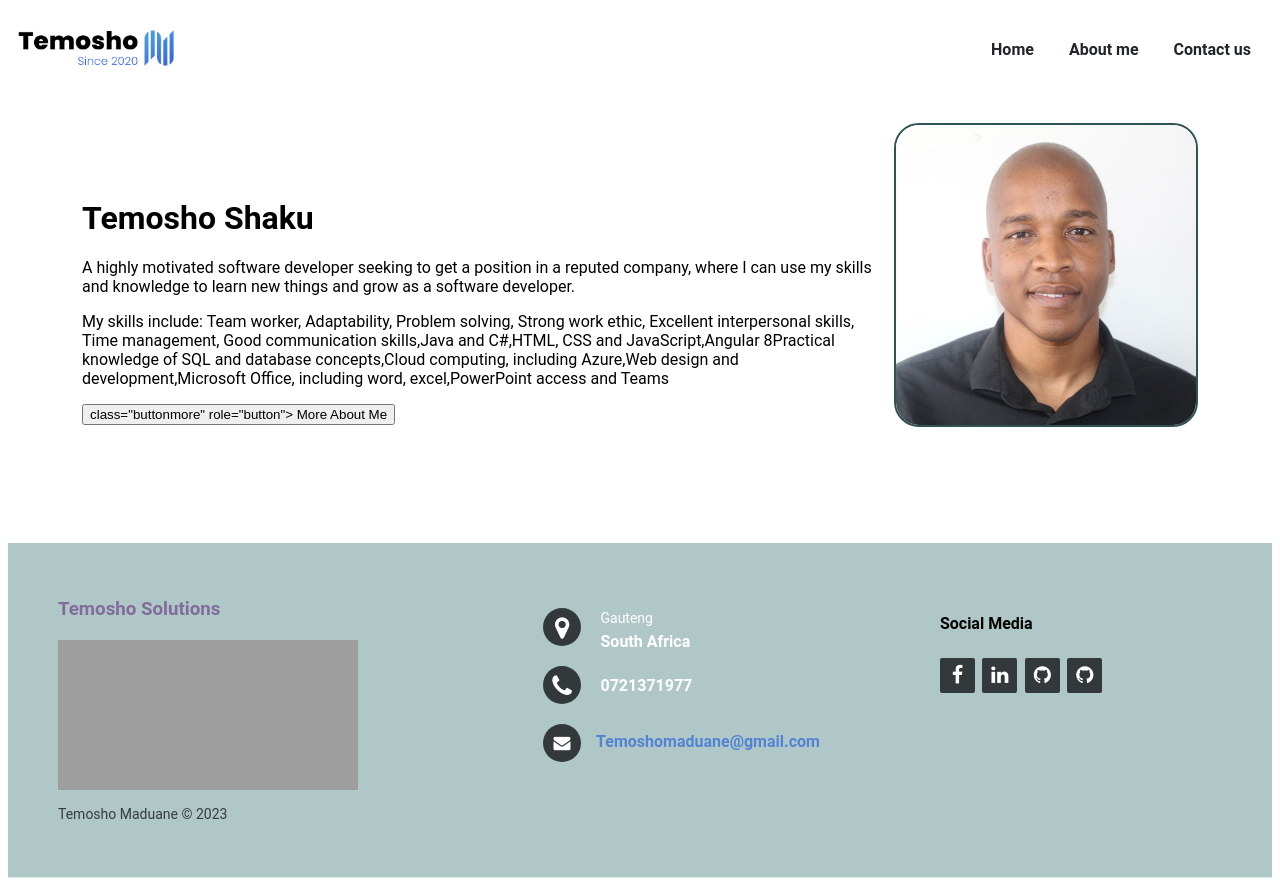
Repository: TemoshoS/T-Shaku
Page: index.html
The author's editor kept a copy of each file at every save. The page is drawn from the files as they stood at one save, then again after a run of saves.
The browser window is 1280 px wide. The pictures show the whole page.
Pictures or frames that could not be fetched are drawn as grey boxes. Some web libraries are served in a nearby version.

Above is the page before, as saved 2023-09-28 14:23:12.

### index.html
<!DOCTYPE html>
<html>
  <title>Temosho Shaku</title>
  <meta charset="UTF-8">
        <meta name="viewport" content="width=device-width,initial-scale=1">


        <link rel="stylesheet" href="./css/style.css">

        <link rel="stylesheet" href="http://maxcdn.bootstrapcdn.com/font-awesome/4.2.0/css/font-awesome.min.css">
        <link href="http://fonts.googleapis.com/css?family=Cookie" rel="stylesheet" type="text/css">
  <body>

    <head>
      <div>
        <table style="width: 100%;">
          <tr>
            <td>
              <a href="index.html">
                <img src="./images/logo.png" style="height: 50px;" alt="No logo" />
              </a>
            </td>
            <td align="right">
              <nav  >

                <ul >
                    <a href="index.html" class="nav-link" ><b>Home</b></a>
                    <a href="about.html" class="nav-link"><b>About me</b></a>
                    <a href="contact.html" class="nav-link"><b>Contact us</b></a>
                </ul>
              </nav>
            </td>
          </tr>
        </table>
      </div>
    </head>


    <main>
      <table style="width: 100%; height: 300px">

        <tr>
          <td style="padding-left: 10vh; padding-top: 50px">
            <h1 id ="name"></h1>
            <p style="width: 100%" id="para"></p>
            <p style="width: 100%" id="para1"></p>
            <button onclick="window.location.href='about.html'"> class="buttonmore" role="button"> More About Me</button>



          </td>
          <td align="right" style="padding-right: 10vh; padding-top: 30px; padding-bottom: 30px">
            <img
              src ="./images/Temosho.jpg" alt="No picture" width="300px" height="300px" style="border-radius: 25px; object-fit: cover; border: 2px solid rgb(47, 82, 82);"
            />
          </td>
        </tr>
      </table>
    </main>


    <footer class="footer-distributed">
      <div class="footer-left">

          <h3><span>Temosho Solutions</span></h3>
          <p class="footer-links">
            <iframe src="https://www.google.com/maps/embed?pb=!1m18!1m12!1m3!1d57373.12731923028!2d28.183328280934226!3d-26.00669819115315!2m3!1f0!2f0!3f0!3m2!1i1024!2i768!4f13.1!3m3!1m2!1s0x1e956bed9ab01b69%3A0xc853e498933bab2e!2sTembisa%2C%201632!5e0!3m2!1sen!2sza!4v1676883111483!5m2!1sen!2sza"  width="300" height="150" style="border:0;" allowfullscreen="" loping="lazy"></iframe>


          </p>


          <p class="footer-portfolio-name">Temosho Maduane &copy; 2023</p>
      </div>

      <div class="footer-center">

          <div>
              <i class="fa fa-map-marker"></i>
              <p><span>Gauteng</span>South Africa</p>
          </div>
          <div>
              <i class="fa fa-phone"></i>
              <p>0721371977</p>
          </p>

          </div>
          <div>

              <p><a href="temoshomaduane@gmail.com"><i class="fa fa-envelope"></i>Temoshomaduane@gmail.com</a>
              </p>
          </div>
      </div>

      <div class="footer-right">
              <p >
                  Social Media
              </p>

              <div class="footer-icons">
                  <a href="https://m.facebook.com/temosho.shaku"><i class="fa fa-facebook"></i></a>
                  <a href="https://www.linkedin.com/mwlite/in/temosho-shaku-a2598917b"><i class="fa fa-linkedin"></i></a>
                  <a href="https://github.com/TemoshoS"><i class="fa fa-github"></i></a>
                  <a href="https://api.whatsapp.com/send?phone=27 721371977"><i class="fa fa-github"></i></a>

              </div>

      </div>
  </footer>
  <script src="./javascript/index.js"></script>
  </body>
</html>

### css/style.css
/*Navigation bar*/
.nav-link {
	text-decoration: none;
	display: inline-block;
	padding: 13px 13px;
	color: #212529;
	margin-right: 5px;
  }

  .nav-link:hover {
	text-decoration:none;
	border-bottom: 2px solid #84e7ee;
  }


@import url("https://fonts.googleapis.com/css2?family=Roboto:wght@100&display=swap");
h1,
h2,
h3,
h4,
h5,
h6,
p,
a,
label,
address,
input {
	font-family: "Roboto", sans-serif;
}

/*button*/

.buttonmore {
	padding: 0.6em 2em;
	border: none;
	outline: none;
	color: rgb(255, 255, 255);
	cursor: pointer;
	position: relative;
	z-index: 0;
	border-radius: 10px;
	user-select: none;
	-webkit-user-select: none;
	touch-action: manipulation;
  }

  .buttonmore:before {
	content: "";
	background: linear-gradient(
	  45deg,
	  #ff0000,
	  #ff7300,
	  #fffb00,
	  #48ff00,
	  #00ffd5,
	  #002bff,
	  #7a00ff,
	  #ff00c8,
	  #ff0000
	);
	position: absolute;
	top: -2px;
	left: -2px;
	background-size: 400%;
	z-index: -1;
	filter: blur(5px);
	-webkit-filter: blur(5px);
	width: calc(100% + 4px);
	height: calc(100% + 4px);
	animation: glowing-button-85 20s linear infinite;
	transition: opacity 0.3s ease-in-out;
	border-radius: 10px;
  }

  @keyframes glowing-button-85 {
	0% {
	  background-position: 0 0;
	}
	50% {
	  background-position: 400% 0;
	}
	100% {
	  background-position: 0 0;
	}
  }

  .buttonmore:after {
	z-index: -1;
	content: "";
	position: absolute;
	width: 100%;
	height: 100%;
	background: #b0c7c7;
	left: 0;
	top: 0;
	border-radius: 10px;
  }
/*Contact form*/
.contactform {


	border-radius: 5px;
	background-color: #f2f2f2;
	padding: 20px;
	width: 400px;
	margin-left: auto;
	margin-right: auto;

}



.footer-distributed{
	background-color: #b0c7c7;
	box-shadow: 0 1px 1px 0 rgba(5, 110, 52, 0.12);
	box-sizing: border-box;
	width: 100%;
	text-align: left;
	font: bold 16px sans-serif;

	padding: 55px 50px;
	margin-top: 80px;
}

.footer-distributed .footer-left,
.footer-distributed .footer-center,
.footer-distributed .footer-right{
	display: inline-block;
	vertical-align: top;
}

.footer-distributed .footer-left{
	width: 40%;
}

.footer-distributed h3{
	color:  #ffffff;

	margin: 0;
}

.footer-distributed h3 span{
	color:  #826c9b;
}


.footer-distributed .footer-links{
	color:  #ffffff;
	margin: 20px 0 12px;
	padding: 0;
}

.footer-distributed .footer-links a{
	display:inline-block;
	line-height: 1.8;
	text-decoration: none;
	color:  inherit;
}

.footer-distributed .footer-portfolio-name{
	color:  #373d3d;
	font-size: 14px;
	font-weight: normal;
	margin: 0;
}


.footer-distributed .footer-center{
	width: 35%;
}

.footer-distributed .footer-center i{
	background-color:  #33383b;
	color: #ffffff;
	font-size: 25px;
	width: 38px;
	height: 38px;
	border-radius: 50%;
	text-align: center;
	line-height: 42px;
	margin: 10px 15px;
	vertical-align: middle;
}

.footer-distributed .footer-center i.fa-envelope{
	font-size: 17px;
	line-height: 38px;
}

.footer-distributed .footer-center p{
	display: inline-block;
	color: #ffffff;
	vertical-align: middle;
	margin:0;
}

.footer-distributed .footer-center p span{
	display:block;
	font-weight: normal;
	font-size:14px;
	line-height:2;
}

.footer-distributed .footer-center p a{
	color:  #5383d3;
	text-decoration: none;;
}

.footer-distributed .footer-right{
	width: 20%;
}

.footer-distributed .footer-portfolio-about{
	line-height: 20px;
	color:  #92999f;
	font-size: 13px;
	font-weight: normal;
	margin: 0;
}

.footer-distributed .footer-portfolio-about span{
	display: block;
	color:  #ffffff;
	font-size: 14px;
	font-weight: bold;
	margin-bottom: 20px;
}

.footer-distributed .footer-icons{
	margin-top: 25px;
}

.footer-distributed .footer-icons a{
	display: inline-block;
	width: 35px;
	height: 35px;
	cursor: pointer;
	background-color:  #33383b;
	border-radius: 2px;

	font-size: 20px;
	color: #ffffff;
	text-align: center;
	line-height: 35px;

	margin-right: 3px;
	margin-bottom: 5px;
}


@media (max-width: 880px) {

	.footer-distributed{
		font: bold 14px sans-serif;

	}

	.footer-distributed .footer-left,
	.footer-distributed .footer-center,
	.footer-distributed .footer-right{
		display: block;
		width: 100%;
		margin-bottom: 40px;
		text-align: center;
	}

	.footer-distributed .footer-center i{
		margin-left: 0;
	}


}

### javascript/index.js

document.getElementById("name").innerHTML = "Temosho Shaku";

document.getElementById("para").innerHTML = "A highly motivated software developer seeking to get a position in a reputed company, where I can use my skills and knowledge to learn new things and grow as a software developer.";

document.getElementById("para1").innerHTML = "My skills include: Team worker, Adaptability, Problem solving, Strong work ethic, Excellent interpersonal skills, Time management, Good communication skills,Java and C#,HTML, CSS and JavaScript,Angular 8Practical knowledge of SQL and database concepts,Cloud computing, including Azure,Web design and development,Microsoft Office, including word, excel,PowerPoint access and Teams";

After the next 3 saves:
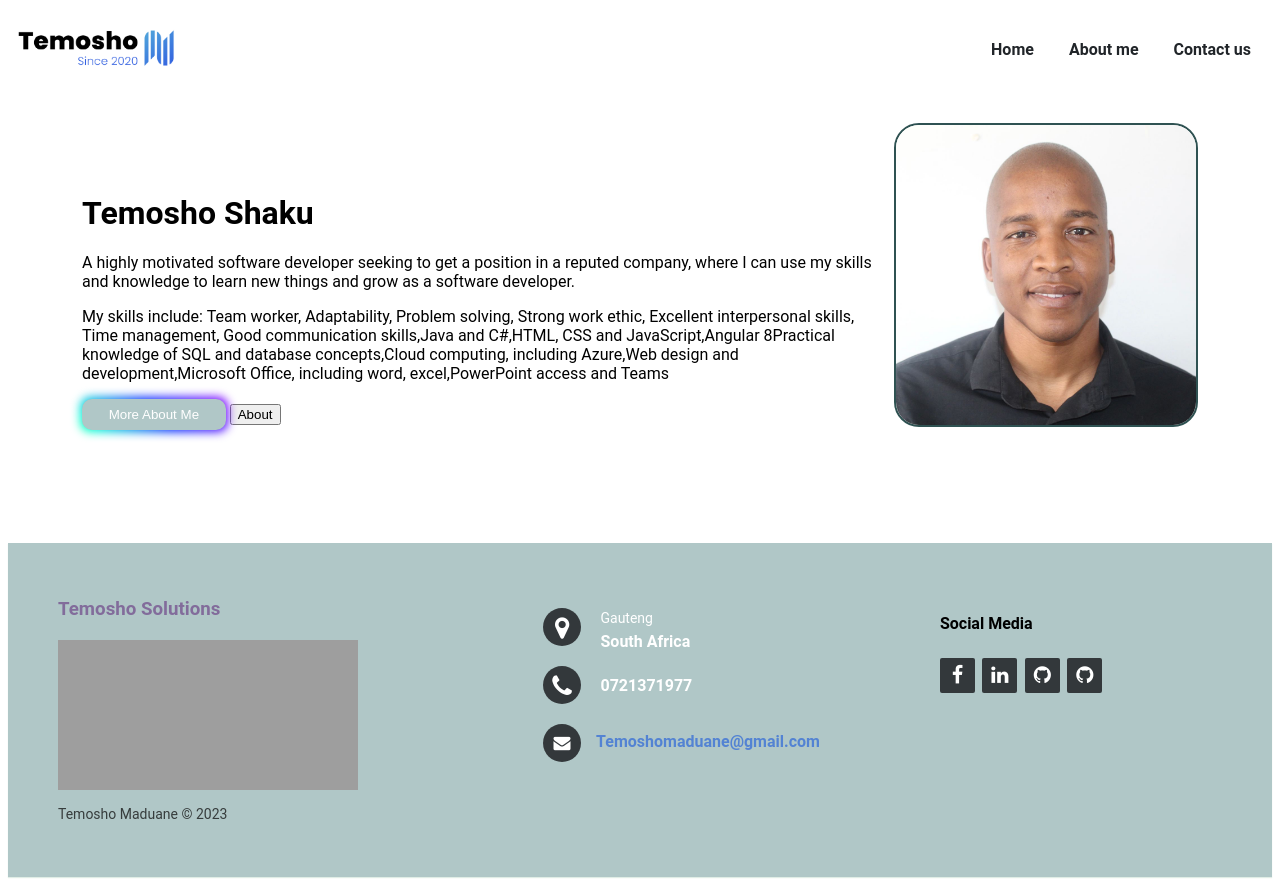
The 3 saves are shown as one change because they came seconds apart.
The last was saved 11 s later.
--- a/index.html
+++ b/index.html
@@ -44,7 +44,8 @@
             <h1 id ="name"></h1>
             <p style="width: 100%" id="para"></p>
             <p style="width: 100%" id="para1"></p>
-            <button onclick="window.location.href='about.html'"> class="buttonmore" role="button"> More About Me</button>
+            <button  class="buttonmore" role="button"> More About Me</button>
+            <button onclick="window.location.href='about.html'">About</button>
 
 
 
